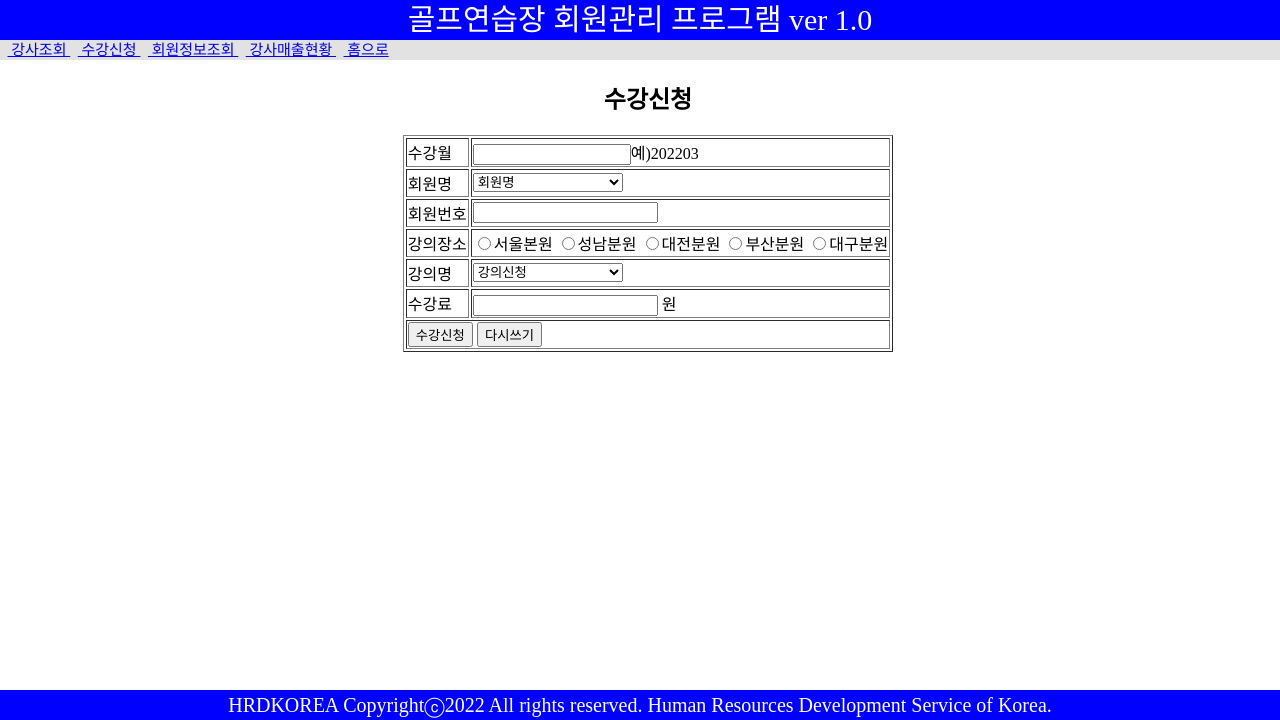
Repository: YeoJeongmo/hrdKorea
Page: http://localhost/HRD_01/insert.jsp
These files come from the project's save history. The page is drawn as it stood at one moment and after the next save; the edit follows.
The browser window is 1280 px wide. The pictures show the whole page.
The page is served by Tomcat 9.

Above is the page before, as saved 2024-09-02 06:09:53.

After the next save:
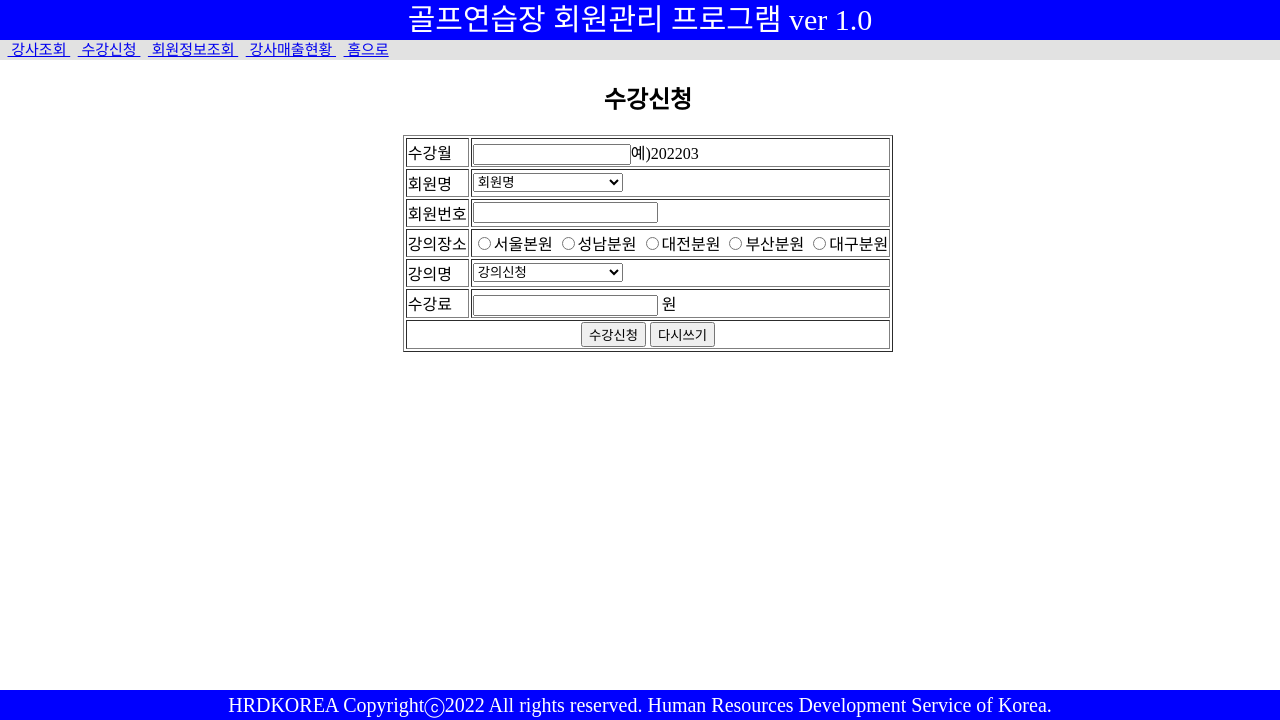
Saved 8 s later.
--- a/cbq_01/workspace/HRD_01/src/main/webapp/insert.jsp
+++ b/cbq_01/workspace/HRD_01/src/main/webapp/insert.jsp
@@ -63,7 +63,7 @@
 				<td> <input id="tuition" type="text" name="tuition" readonly> 원</td>
 			</tr>
 			<tr>
-				<td colspan="2" >
+				<td colspan="2" style="text-align: center;">
 					<input type="button" value="수강신청" onclick="addCheck()">
 					<input type="button" value="다시쓰기" onclick="res()">
 				</td>
